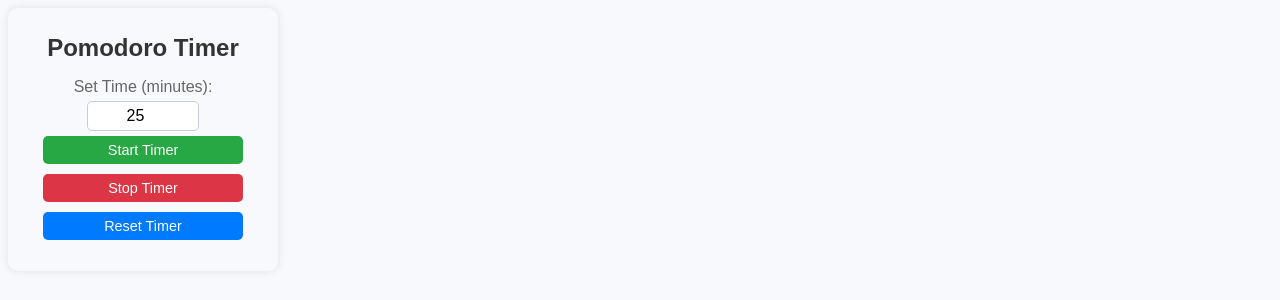
Repository: Prateek09102001/POMODORO-TIMER-UPDATEED-EXTENSIONS
Page: popup.html
An editor plug-in stored every save of this project. The page is shown before and after the next save, followed by the edit.
The browser window is 1280 px wide. The pictures show the whole page.

Above is the page before, as saved 2024-09-30 19:00:50.

### popup.html
<!DOCTYPE html>
<html lang="en">
<head>
    <meta charset="UTF-8">
    <meta name="viewport" content="width=device-width, initial-scale=1.0">
    <title>Pomodoro Timer</title>
    <link rel="stylesheet" href="style.css">
</head>
<body>
    <h1>Pomodoro Timer</h1>
    <label for="minutes">Set Time (minutes):</label>
    <input type="number" id="minutes" min="1" value="25">
    <button id="start">Start Timer</button>
    <button id="stop">Stop Timer</button>
    <button id="reset">Reset Timer</button>
    <p id="status"></p> <!-- To show the timer status -->

    <script src="popup.js"></script>
</body>
</html>

### style.css
body {
    font-family: 'Arial', sans-serif;
    padding: 10px;
    background-color: #f7f9fc;
    border-radius: 10px;
    box-shadow: 0 0 10px rgba(0, 0, 0, 0.1);
    width: 250px;
    text-align: center; /* Center all text and elements */
}

h1 {
    font-size: 1.5em;
    color: #333;
}

label {
    display: block;
    margin: 10px 0 5px;
    color: #666;
}

input[type="number"] {
    width: 100px; /* Set input width to 100px */
    padding: 5px;
    border-radius: 5px;
    border: 1px solid #ccc;
    text-align: center;
    font-size: 1em;
    margin: 0 auto; /* Center the input */
}

button {
    width: 80%; /* Button width */
    padding: 6px; /* Reduced padding */
    margin: 5px auto; /* Center buttons */
    border: none;
    border-radius: 5px;
    color: #fff;
    font-size: 0.9em; /* Slightly smaller font */
    cursor: pointer;
    transition: background-color 0.3s, transform 0.2s;
}

#start {
    background-color: #28a745; /* Green */
}

#stop {
    background-color: #dc3545; /* Red */
}

#reset {
    background-color: #007bff; /* Blue */
}

button:hover {
    transform: scale(1.05);
}

#status {
    margin-top: 10px;
    color: #333;
    font-weight: bold;
}

### popup.js
document.getElementById('start').addEventListener('click', () => {
    const minutes = parseInt(document.getElementById('minutes').value);
    if (isNaN(minutes) || minutes <= 0) {
        alert("Please enter a valid number of minutes.");
        return;
    }
    const seconds = minutes * 60; // Convert to seconds
    chrome.storage.local.set({ timerDuration: seconds }, () => {
        chrome.runtime.sendMessage({ action: "startTimer" });
        document.getElementById('status').innerText = "Timer started for " + minutes + " minutes.";
        window.close(); // Close the popup
    });
});

document.getElementById('stop').addEventListener('click', () => {
    chrome.runtime.sendMessage({ action: "stopTimer" });
    document.getElementById('status').innerText = "Timer stopped.";
    window.close(); // Close the popup
});

document.getElementById('reset').addEventListener('click', () => {
    chrome.runtime.sendMessage({ action: "resetTimer" });
    document.getElementById('status').innerText = "Timer reset.";
    window.close(); // Close the popup
});

After the next save:
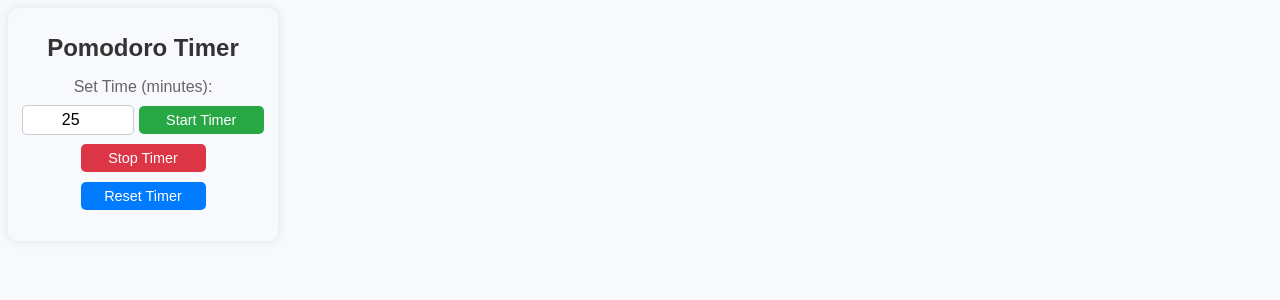
Saved 7 s later.
--- a/style.css
+++ b/style.css
@@ -30,7 +30,7 @@ input[type="number"] {
 }
 
 button {
-    width: 80%; /* Button width */
+    width: 50%; /* Button width */
     padding: 6px; /* Reduced padding */
     margin: 5px auto; /* Center buttons */
     border: none;
